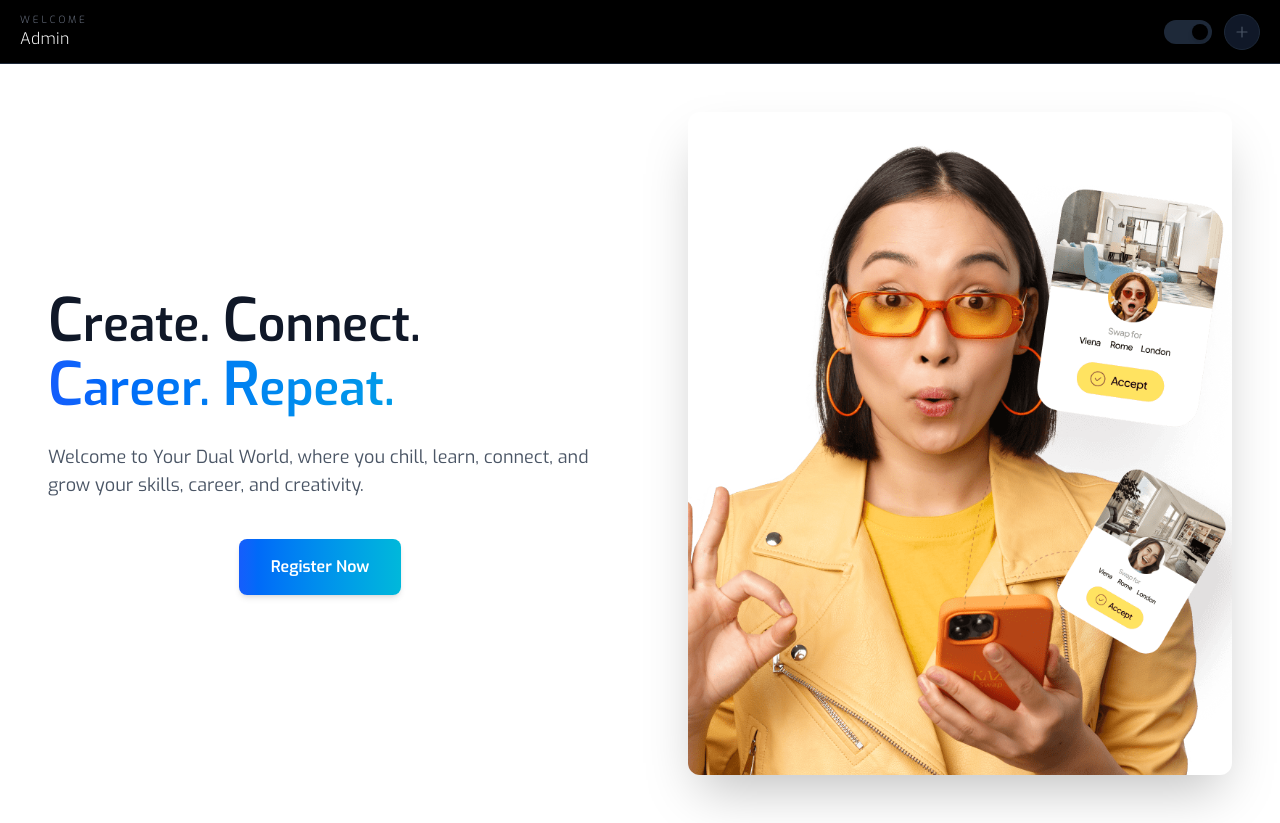
Repository: deepak445566/job
Page: / (app in frontend/)
An editor plug-in stored every save of this project. The page is shown before and after a run of saves, followed by the edit.
The browser window is 1280 px wide. The pictures show the whole page.
The page's requests for data from a server got no answer. Some web fonts or font styles are not loaded; a fallback is used. The project was rebuilt for these pictures with package versions that can differ from the ones it lists, and the page was loaded fresh each time. Some packages were replaced by stand-ins written for this rebuild. No one was signed in, and anything a server would have sent is missing. Also part of the build but not shown: frontend/vite.config.js, frontend/src/Components/auth/Login.jsx, frontend/src/Components/study/StudyDashboard.jsx, frontend/src/Components/chill/CreateReelModal.jsx, frontend/src/Components/chill/ChillDashboard.jsx, frontend/src/Components/common/Footer.jsx.

Above is the page before, as saved 2026-02-27 14:46:36.

After the next 2 saves:
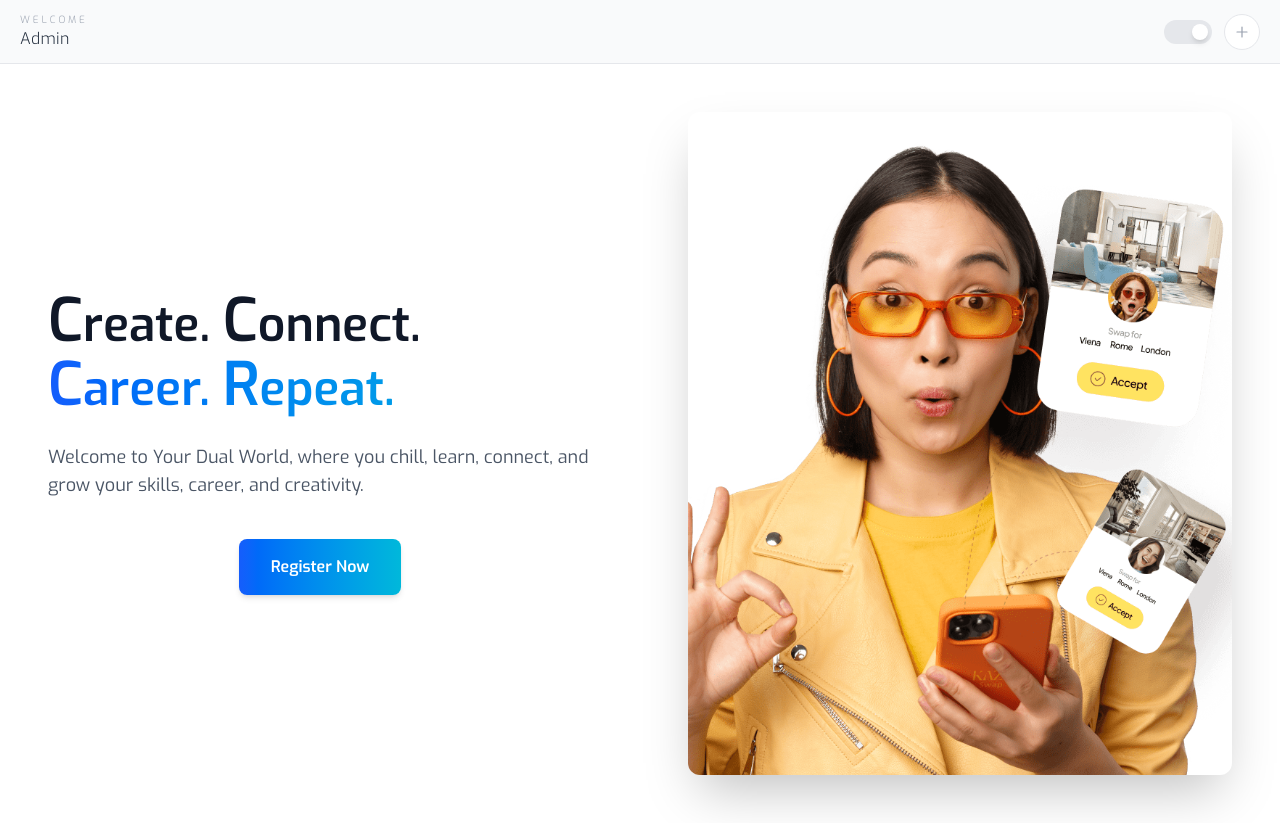
The 2 saves are shown as one change because they came seconds apart.
The last was saved 16 s later.
--- a/frontend/src/Components/common/Navbar.jsx
+++ b/frontend/src/Components/common/Navbar.jsx
@@ -55,20 +55,20 @@ function Navbar() {
   };
 
   return (
-   <nav className="bg-black border-b border-gray-800 px-5 py-3 sticky top-0 z-50 exo">
+   <nav className="bg-gray-50 border-b border-gray-200 px-5 py-3 sticky top-0 z-50 exo">
   <div className="flex justify-between items-center max-w-7xl mx-auto">
     {/* Left Side */}
     <div className="flex items-center gap-4">
       <div className="flex flex-col">
-        <span className="text-[10px] uppercase tracking-[0.3em] text-gray-500 font-light">
+        <span className="text-[10px] uppercase tracking-[0.3em] text-gray-400 font-light">
           Welcome
         </span>
         <div className="flex items-center gap-2">
-          <span className="text-base font-light text-white tracking-wide">
+          <span className="text-base font-light text-gray-800 tracking-wide">
             {user?.username || user?.email?.split('@')[0] || 'Admin'}
           </span>
           {user && (
-            <span className="w-1 h-1 bg-gray-600 rounded-full"></span>
+            <span className="w-1 h-1 bg-gray-300 rounded-full"></span>
           )}
         </div>
       </div>
@@ -83,14 +83,14 @@ function Navbar() {
         className={`relative w-12 h-6 rounded-full transition-all duration-700 ${
           user
             ? mode === 'study'
-              ? 'bg-white'
-              : 'bg-gray-700'
-            : 'bg-gray-800 cursor-not-allowed'
+              ? 'bg-gray-700'
+              : 'bg-gray-300'
+            : 'bg-gray-200 cursor-not-allowed'
         }`}
         title={!user ? "Login to switch mode" : `Switch to ${mode === 'study' ? 'Chill' : 'Study'}`}
       >
         <span
-          className={`absolute top-1 left-1 w-4 h-4 bg-black rounded-full shadow-md transform transition-all duration-500 ease-in-out ${
+          className={`absolute top-1 left-1 w-4 h-4 bg-white rounded-full shadow-md transform transition-all duration-500 ease-in-out ${
             mode === 'chill' ? 'translate-x-6' : ''
           }`}
         />
@@ -104,8 +104,8 @@ function Navbar() {
         >
           <div className={`w-9 h-9 rounded-full flex items-center justify-center transition-all duration-300 ${
             user
-              ? 'bg-white text-black'
-              : 'bg-gray-900 text-gray-600 border border-gray-800'
+              ? 'bg-gray-700 text-white'
+              : 'bg-white text-gray-400 border border-gray-200'
           }`}>
             {user ? (
               <span className="text-xs font-light">{getInitial()}</span>
@@ -125,12 +125,12 @@ function Navbar() {
               onClick={() => setShowProfileMenu(false)}
             />
 
-            <div className="absolute right-0 mt-3 w-56 bg-black rounded-2xl shadow-2xl border border-gray-800 z-50 overflow-hidden">
-              <div className="px-5 py-4 border-b border-gray-800">
-                <p className="text-xs text-gray-500 uppercase tracking-[0.2em] mb-2 font-light">
+            <div className="absolute right-0 mt-3 w-56 bg-white rounded-2xl shadow-lg border border-gray-100 z-50 overflow-hidden">
+              <div className="px-5 py-4 border-b border-gray-100">
+                <p className="text-xs text-gray-400 uppercase tracking-[0.2em] mb-2 font-light">
                   Account
                 </p>
-                <p className="text-sm font-medium text-white mb-0.5">
+                <p className="text-sm font-medium text-gray-800 mb-0.5">
                   {user.username || 'User'}
                 </p>
                 <p className="text-xs text-gray-400 truncate font-light">
@@ -144,25 +144,25 @@ function Navbar() {
                     setShowProfileMenu(false);
                     navigate('/profile');
                   }}
-                  className="w-full px-4 py-2.5 text-left hover:bg-gray-900 rounded-xl transition-all duration-200 flex items-center gap-3 text-gray-300 group"
+                  className="w-full px-4 py-2.5 text-left hover:bg-gray-50 rounded-xl transition-all duration-200 flex items-center gap-3 text-gray-600 group"
                 >
                   <span className="text-sm opacity-50 group-hover:opacity-100 transition-opacity">👤</span>
                   <span className="text-xs font-light tracking-wide">Profile</span>
                 </button>
 
-                <div className="h-px bg-gray-800 my-2"></div>
+                <div className="h-px bg-gray-100 my-2"></div>
 
                 <button
                   onClick={handleLogout}
                   disabled={loggingOut}
-                  className="w-full px-4 py-2.5 text-left hover:bg-gray-900 rounded-xl transition-all duration-200 flex items-center gap-3 text-gray-300 group"
+                  className="w-full px-4 py-2.5 text-left hover:bg-gray-50 rounded-xl transition-all duration-200 flex items-center gap-3 text-gray-600 group"
                 >
                   <span className="text-sm opacity-50 group-hover:opacity-100 transition-opacity">🚪</span>
                   <span className="text-xs font-light tracking-wide flex-1">
                     {loggingOut ? "Exiting..." : "Sign out"}
                   </span>
                   {loggingOut && (
-                    <span className="w-3 h-3 border border-gray-600 border-t-transparent rounded-full animate-spin" />
+                    <span className="w-3 h-3 border border-gray-300 border-t-transparent rounded-full animate-spin" />
                   )}
                 </button>
               </div>
